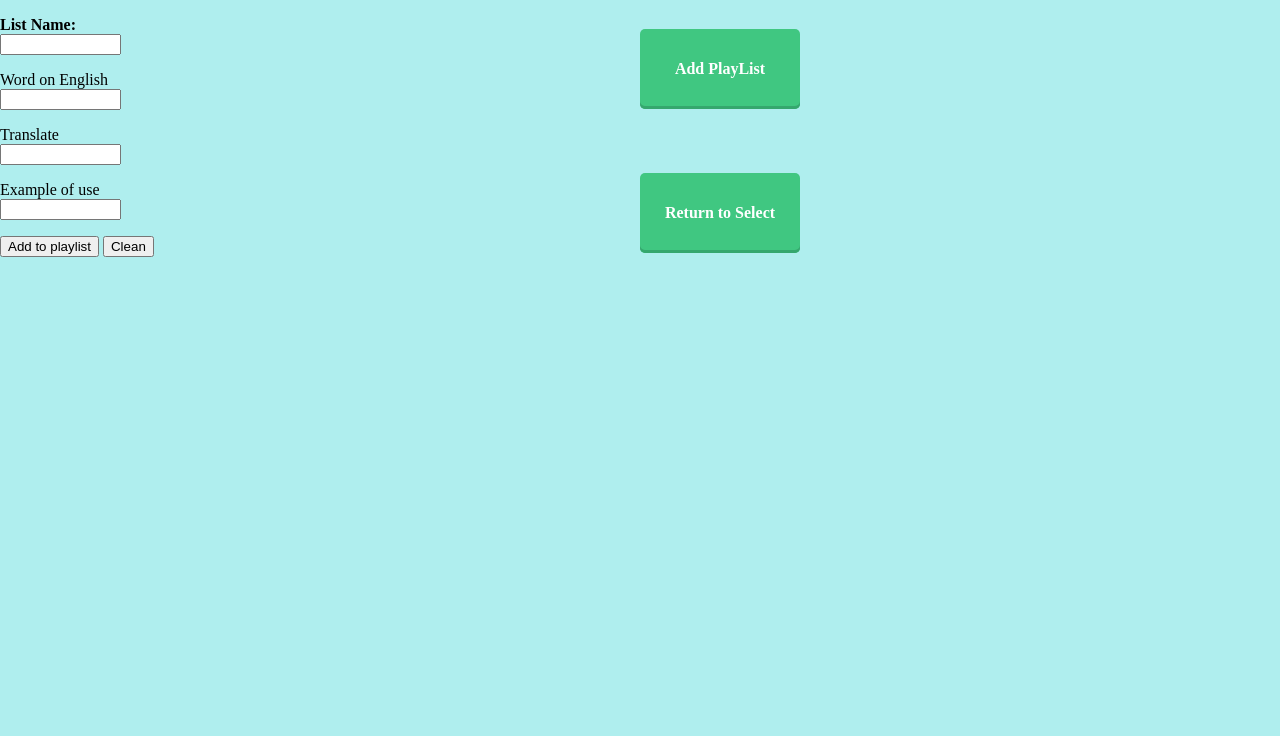
Repository: Artem-Brunov/msu_prac
Page: workspace/BasicUI/NewWithBonus.html
The author's editor kept a copy of each file at every save. The page is drawn from the files as they stood at one save, then again after the next save.
The browser window is 1280 px wide. The pictures show the whole page.

Above is the page before, as saved 2017-11-20 01:33:47.

### workspace/BasicUI/NewWithBonus.html
<!DOCTYPE html>
<html>
<head>
  <meta charset="utf-8" />
    <meta name="viewport" content="width=device-width, initial-scale=1.0, maximum-scale=1.0">
    <meta name="description" content="Tizen Mobile Web Basic Template" />

    <title>Tizen Mobile Web Basic Application</title>
    <link rel="stylesheet" type="text/css" href="css/NewPlaylist.css" />
    <link rel="stylesheet" type="text/css" href="css/style.css" />
</head>
<body>
	<form name="test" method="post" action="input1.php">
  		<p><b>List Name:</b><br>
   			<input type="text" size="12">
  		</p>

  		<p>Word on English<br>
  			 <input type="text" size="12">
  		</p>
  		<p>Translate<br>
  			 <input type="text" size="12">
  		</p>
  		<p>Example of use<br>
  			 <input type="text" size="12">
  		</p>
  		<p><input type="submit" value="Add to playlist">
   		<input type="reset" value="Clean"></p>
 	</form>

	<div class = "Return">
		<a href = "index.html" class = "first_button">Return to Select</a>
	</div>
	<div class = "Add">
		<a href = "" class = "first_button">Add PlayList</a>
	</div>
</body>
</html>

### workspace/BasicUI/css/NewPlaylist.css
.Return {
	position: absolute;
  	top: 24%;
  	left:50%;

}
.Add {
	position: absolute;
  	top: 4%;
  	left: 50%;
}

### workspace/BasicUI/css/style.css
html,
body {
    width: 100%;
    height: 100%;
    margin: 0 auto;
    padding: 0;
    background: PaleTurquoise;
 }
 .titl{

 	position: absolute;
 	left: 25.5%;
 	top: 10%;
 	color: Gray;
 }
 a.first_button {

	display: block;
	width: 160px;
	height: 80px;
  	line-height: 5em;
	border-radius: 5px;
 	background: rgb(64,199,129);
	box-shadow: 0 -3px rgb(53,167,110) inset;
	font-weight: 900;
  	color: white;
  	text-align: center;
  	text-decoration: none;
  	transition: 0.2s;
}
a.first_button:hover { background: rgb(53, 167, 110); }
a.first_button:active {
  background: rgb(33,147,90);
  box-shadow: 0 3px rgb(33,147,90) inset;
}
.New {
	position: absolute;
  	top: 47%;
  	left: 28%;

}
.Select {
	position: absolute;
  	top: 64%;
  	left: 28%;

}
.FastPlay {
	position: absolute;
  	top: 30%;
  	left: 28%;

}

After the next save:
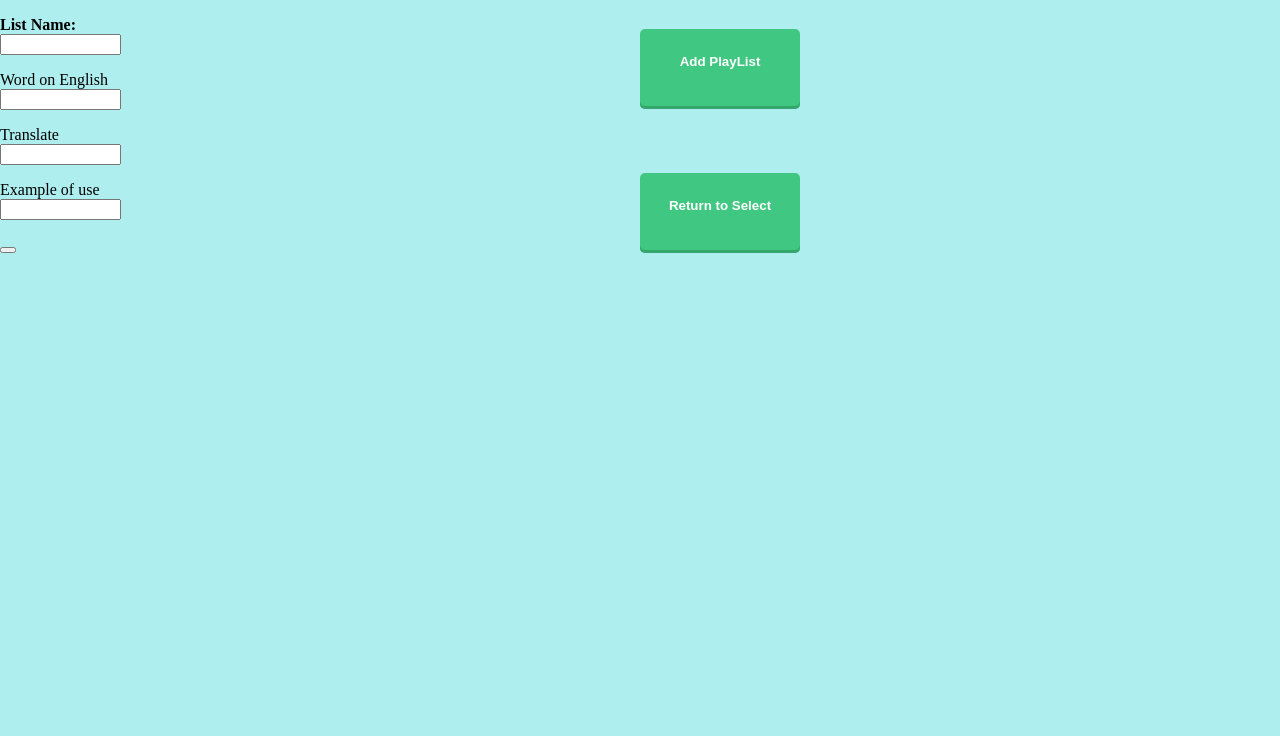
Saved 1 s later.
--- a/workspace/BasicUI/NewWithBonus.html
+++ b/workspace/BasicUI/NewWithBonus.html
@@ -12,20 +12,20 @@
 <body>
 	<form name="test" method="post" action="input1.php">
   		<p><b>List Name:</b><br>
-   			<input type="text" size="12">
+   			<input type="text" size="12" id = "ListName">
   		</p>
 
   		<p>Word on English<br>
-  			 <input type="text" size="12">
+  			 <input type="text" size="12" id = "ENGWords">
   		</p>
   		<p>Translate<br>
-  			 <input type="text" size="12">
+  			 <input type="text" size="12" id = "Translate">
   		</p>
   		<p>Example of use<br>
-  			 <input type="text" size="12">
+  			 <input type="text" size="12" id = "Bonus">
   		</p>
-  		<p><input type="submit" value="Add to playlist">
-   		<input type="reset" value="Clean"></p>
+  		<p><button type="submit" value="Add to playlist">
+
  	</form>
 
 	<div class = "Return">
